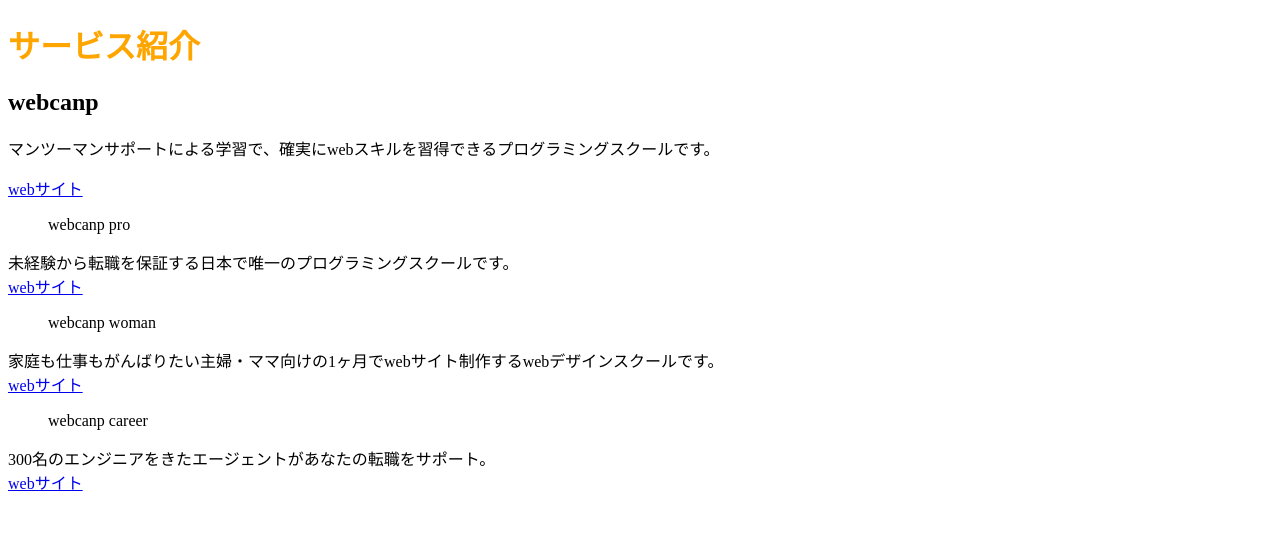
Repository: itoudaiki/git-practice
Page: sample/sample.html
The author's editor kept a record of every edit. The page is drawn from the files as they stood at one moment, then again after the next edit.
The browser window is 1280 px wide. The pictures show the whole page.

Above is the page before.

After the next edit:
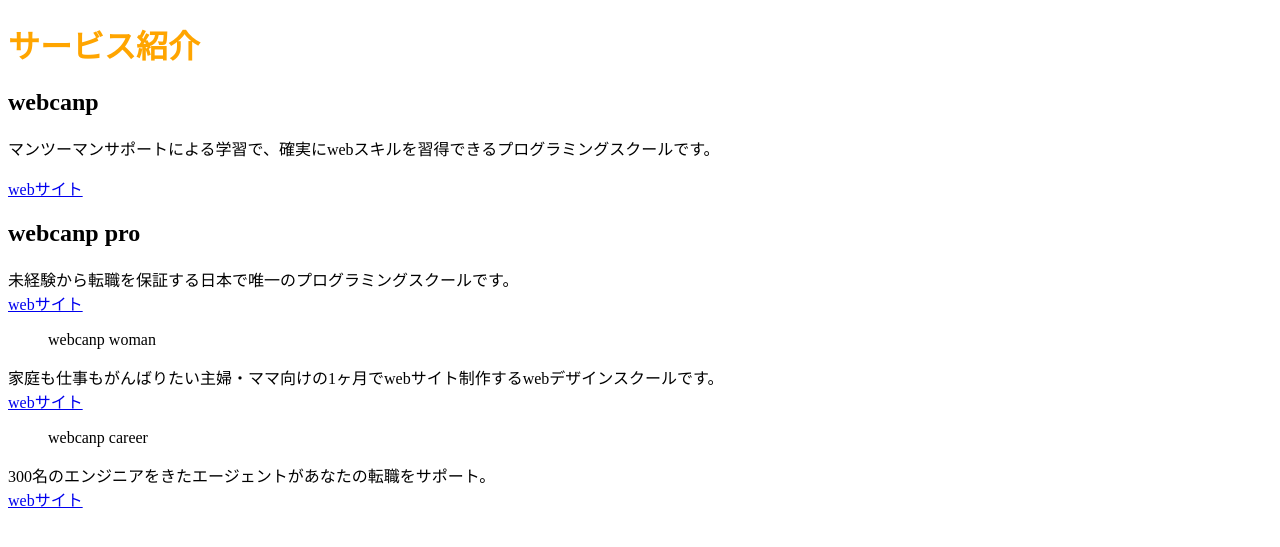
The edit:
--- a/sample/sample.html
+++ b/sample/sample.html
@@ -10,7 +10,7 @@
   <h2>webcanp</h2>
   <p>マンツーマンサポートによる学習で、確実にwebスキルを習得できるプログラミングスクールです。</p>
   <a href="https://web-camp.io/">webサイト</a>
-   <ul>webcanp pro</ul>
+   <h2>webcanp pro</h2>
   <a>未経験から転職を保証する日本で唯一のプログラミングスクールです。</a>
   <br>
   <a href="https://web-camp.io/">webサイト</a>
